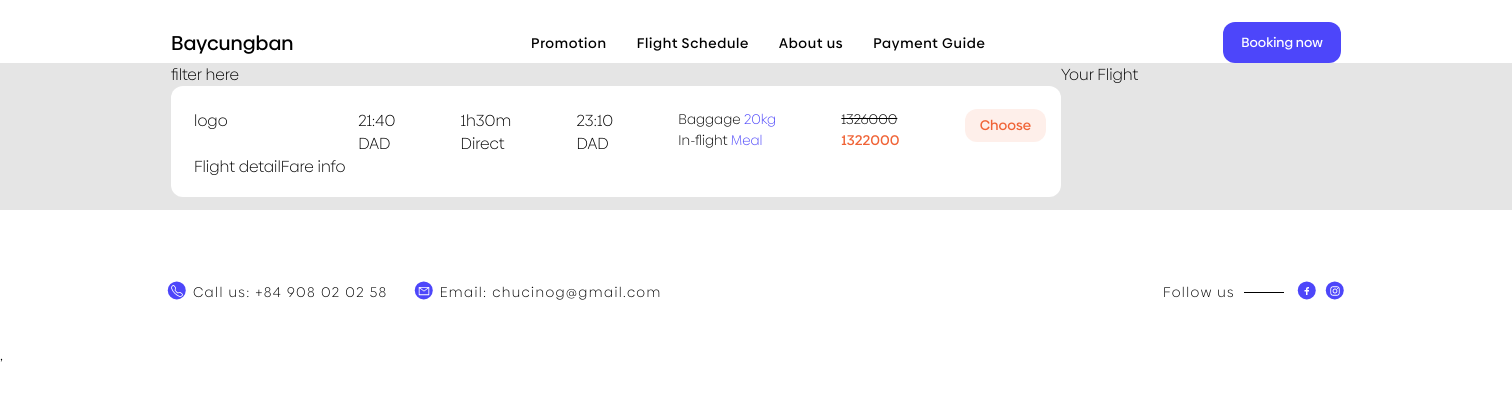
Repository: pinocoding/my-flying
Page: /list (app in my-flying/)
The author's editor kept a copy of each file at every save. The page is drawn from the files as they stood at one save, then again after the next save.
The browser window is 1280 px wide. The page is 1512 px wide, so the pictures cover 1512 px, including what lies to the right of the window. The pictures show the whole page.
The project was rebuilt for these pictures with package versions that can differ from the ones it lists, and the page was loaded fresh each time. Also part of the build but not shown: my-flying/src/components/InDecreaBtn/InDecreaBtn.js, my-flying/src/components/TravelBooking/TravelBooking.css, my-flying/src/components/TravelBooking/TravelBooking.js, my-flying/src/components/home/Home.css, my-flying/src/components/home/Home.js. Imported but missing from the stored project, and not drawn on this page: my-flying/src/reportWebVitals.

Above is the page before, as saved 2022-09-09 17:11:42.

### my-flying/src/index.js
import React from "react";
import ReactDOM from "react-dom/client";
import "./index.css";
import App from "./App";
import reportWebVitals from "./reportWebVitals";
import "./font/SVN-Biennale/Biennale-Bold.otf";
const root = ReactDOM.createRoot(document.getElementById("root"));
root.render(
  <React.StrictMode>
    <App />
  </React.StrictMode>
);

// If you want to start measuring performance in your app, pass a function
// to log results (for example: reportWebVitals(console.log))
// or send to an analytics endpoint. Learn more: https://bit.ly/CRA-vitals
reportWebVitals();

### my-flying/src/index.css
@font-face {
  font-family: "SVN-Biennale";
  src: local("SVN-Biennale"),
    url("./font/SVN-Biennale/Biennale-Light.otf") format("opentype");

  font-weight: 400;
}

@font-face {
  font-family: "SVN-Biennale";
  src: local("SVN-Biennale"),
    url("./font/SVN-Biennale/Biennale-Medium.otf") format("opentype");

  font-weight: 600;
}

### my-flying/src/App.js
import React from "react";

import { render } from "react-dom";
import { BrowserRouter, Routes, Route } from "react-router-dom";
import Home from "../src/components/Home/Home";
import List from "./components/List/List";
import "./App.css";
function App() {
  return (
    <div className="App">
      <BrowserRouter>
        <Routes>
          <Route path="/" element={<Home />} />
          <Route path="/list" element={<List />} />
        </Routes>
      </BrowserRouter>
      ,
    </div>
  );
}

export default App;

### my-flying/src/components/List/List.js
import React from "react";
import Header from "../Header/Header";
import Footer from "../Footer/Footer";
import "./List.css";
import FlightInfor from "../FlightsInfor/FlightInfor";
function List() {
  return (
    <div className="list">
      <Header />

      <div className="list-container">
        <div className="list-infor">
          {" "}
          <div className="list-filter">filter here</div>
          <div className="list-row">
            <FlightInfor />
          </div>
        </div>

        <div className="list-userFlight">Your Flight</div>
      </div>
      <Footer />
    </div>
  );
}

export default List;

### my-flying/src/App.css
* {
  box-sizing: border-box;
  margin: 0;
  padding: 0;
  scroll-behavior: smooth;
  font-family: "SVN-Biennale", Courier, monospace;
}
.App {
  width: 1512px;
  margin: 0 auto;
}

### my-flying/src/components/Header/Header.js
import React from "react";
import "./Header.css";

function Header() {
  return (
    <div className="header">
      <div className="header-logo">
        <div className="header-logo-name">Baycungban</div>
        {/* <div>img</div>
        <div>img</div> */}
      </div>

      <ul className="header-nav">
        <li>
          <a href="/#">Promotion</a>
        </li>
        <li>
          <a href="/flight-schedule">Flight Schedule</a>
        </li>
        <li>
          <a href="/#">About us</a>
        </li>
        <li>
          <a href="/#">Payment Guide</a>
        </li>
      </ul>

      <button className="header-booking">Booking now</button>
    </div>
  );
}

export default Header;

### my-flying/src/components/Footer/Footer.js
import React from "react";
import { BsTelephone } from "react-icons/bs";
import { AiOutlineMail, AiOutlineInstagram } from "react-icons/ai";
import { TiSocialFacebook } from "react-icons/ti";
import "./Footer.css";
function Footer() {
  return (
    <div className="footer">
      <ul>
        <li>
          <a href="/#" className="footer-link">
            <BsTelephone className="footer-icon" />
          </a>
          <span>Call us: +84 908 02 02 58</span>
        </li>

        <li>
          <a href="/#" className="footer-link">
            <AiOutlineMail className="footer-icon" />
          </a>
          <span>Email: chucinog@gmail.com</span>
        </li>
      </ul>

      <div>
        <span className="footer-follow">Follow us</span>
        <a href="/#" className="footer-link footer-facebook">
          <TiSocialFacebook className="footer-icon" />
        </a>
        <a href="/#" className="footer-link">
          <AiOutlineInstagram className="footer-icon" />
        </a>
      </div>
    </div>
  );
}

export default Footer;

### my-flying/src/components/List/List.css
.list-container {
  display: flex;

  background-color: #e5e5e5;
  padding: 0 171px 0 171px;
}

.list-row {
  width: 890px;
  height: 124px;
  border-radius: 12px;
}

### my-flying/src/components/FlightsInfor/FlightInfor.js
import React from "react";
import "./FlightInfor.css";

function FlightInfor() {
  const blueText = {
    color: `rgba(77, 70, 250, 1)`,
  };
  return (
    <div className="flight-container">
      <ul className="flight-list">
        <li>logo</li>
        <li className="flight-name"></li>
        <li className="flight-time">
          <p>21:40</p>
          <p>DAD</p>
        </li>

        <li className="flight-direc">
          <p>1h30m</p>
          <p></p>
          <p>Direct</p>
        </li>
        <li className="flight-time">
          <p>23:10</p>
          <p>DAD</p>
        </li>

        <li className="flight-meal">
          <p>
            Baggage <span style={blueText}>20kg</span>
          </p>
          <p>
            In-flight <span style={blueText}>Meal</span>
          </p>
        </li>

        <li className="flight-price">
          <p className="flight-old">1326000</p>
          <p className="flight-new">1322000</p>
        </li>
        <li className="flight-choose">
          <button>Choose</button>
        </li>
      </ul>

      <ul>
        <li>Flight detail</li>
        <li>Fare info</li>
      </ul>
    </div>
  );
}

export default FlightInfor;

### my-flying/src/components/Header/Header.css
.header {
  display: flex;
  justify-content: space-between;
  text-align: center;
  padding: 22px 171px 0 171px;
}
.header-logo {
  display: flex;
}
.header-logo-name {
  font-weight: 600;
  font-size: 20px;
  align-items: center;
  display: flex;
}
.header-nav {
  display: flex;
  list-style: none;
  justify-content: space-between;
  gap: 0 30px;
  align-items: center;
}
.header-nav li a {
  color: rgba(0, 0, 0, 1);
  text-decoration: none;
  font-family: "SVN-Biennale";
  font-style: normal;
  font-weight: 600;
  font-size: 14px;
  line-height: 21px;

  text-align: center;
  letter-spacing: 0.05em;
}
.header-booking {
  background-color: rgba(77, 70, 250, 1);
  color: white;
  height: 41px;
  width: 118px;
  left: 1223px;
  top: 38px;
  border-radius: 12px;
  padding: 10px 16px 10px 16px;
  border: none;
  cursor: pointer;
  font-weight: 600;
}

### my-flying/src/components/Footer/Footer.css
.footer {
  display: flex;
  justify-content: space-between;
  text-align: center;
  width: 100%;
  padding: 70px 171px 40px 171px;
}
.footer ul {
  list-style: none;
  display: flex;
  gap: 0 30px;
}
.footer-link {
  position: relative;
}
.footer-icon {
  color: white;
  font-size: 12px;
}

.footer-link:after {
  content: "";
  position: absolute;
  top: 0;
  left: 0;
  width: 18px;
  height: 18px;
  border-radius: 50%;
  transform: translate(-18%, 8%);
  background-color: #4d46fa;

  z-index: -1;
}
.footer ul li span {
  padding-left: 10px;
  font-family: "SVN-Biennale";
  font-style: normal;
  font-weight: 400;
  font-size: 14px;
  line-height: 21px;
  /* identical to box height */

  letter-spacing: 0.1em;

  color: #000000;
}
.footer-follow {
  width: 72px;
  height: 21px;
  font-family: "SVN-Biennale";
  font-style: normal;
  font-weight: 400;
  font-size: 14px;
  line-height: 21px;
  /* identical to box height */

  letter-spacing: 0.1em;

  color: #000000;

  position: relative;
  margin-right: 50px;
}

.footer-follow:after {
  content: "";
  position: absolute;
  top: 50%;
  right: 0;
  width: 40px;
  height: 1px;
  left: 81px;
  background-color: black;

  z-index: -1;
}
.footer-facebook {
  margin: 0 16px 0 16px;
}

### my-flying/src/components/FlightsInfor/FlightInfor.css
.flight-container {
  width: 100%;
  background: #ffffff;
  border-radius: 12px;
  padding: 23px 15px 19px 23px;
}

.flight-container .flight-list {
  list-style: none;
  display: flex;
  justify-content: space-between;
}

.flight-meal {
  font-family: "SVN-Biennale";
  font-style: normal;
  font-weight: 400;
  font-size: 14px;
  line-height: 21px;
}

.flight-container ul {
  list-style: none;
  display: flex;
}
.flight-old {
  font-family: "SVN-Biennale";
  font-style: normal;
  font-weight: 400;
  font-size: 14px;
  line-height: 21px;
  color: rgba(0, 0, 0, 1);
  /* identical to box height */

  text-decoration-line: line-through;
}

.flight-new {
  font-family: "SVN-Biennale";
  font-style: normal;
  font-weight: 600;
  font-size: 14px;
  line-height: 21px;

  color: #f06336;
}
.flight-choose button {
  padding: 6px 15px;
  border: none;
  color: #f06336;
  font-family: "SVN-Biennale";
  font-style: normal;
  font-weight: 600;
  font-size: 14px;
  line-height: 21px;
  background: rgba(240, 99, 54, 0.1);
  border-radius: 12px;
}

After the next save:
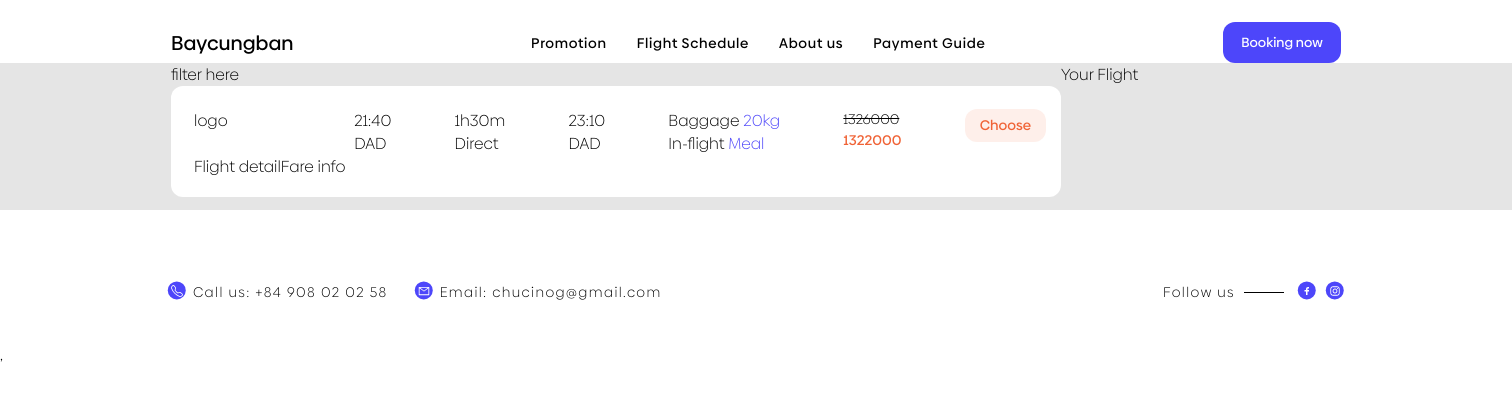
Saved 17 s later.
--- a/my-flying/src/components/FlightsInfor/FlightInfor.css
+++ b/my-flying/src/components/FlightsInfor/FlightInfor.css
@@ -11,7 +11,7 @@
   justify-content: space-between;
 }
 
-.flight-meal {
+.flight-meal > {
   font-family: "SVN-Biennale";
   font-style: normal;
   font-weight: 400;

After the save that followed:
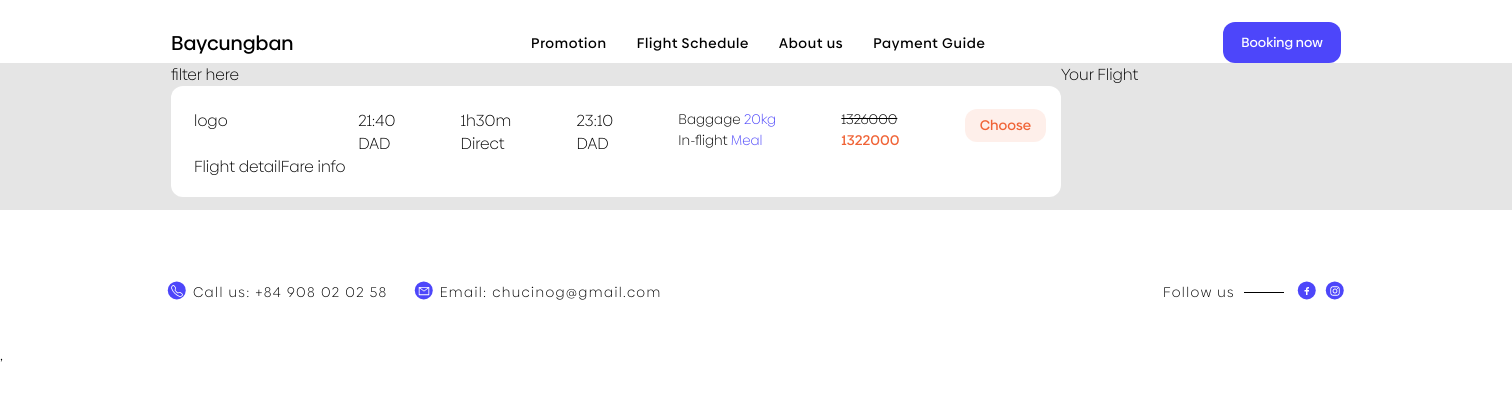
Saved 7 s later.
--- a/my-flying/src/components/FlightsInfor/FlightInfor.css
+++ b/my-flying/src/components/FlightsInfor/FlightInfor.css
@@ -11,7 +11,7 @@
   justify-content: space-between;
 }
 
-.flight-meal > {
+.flight-meal > p {
   font-family: "SVN-Biennale";
   font-style: normal;
   font-weight: 400;
